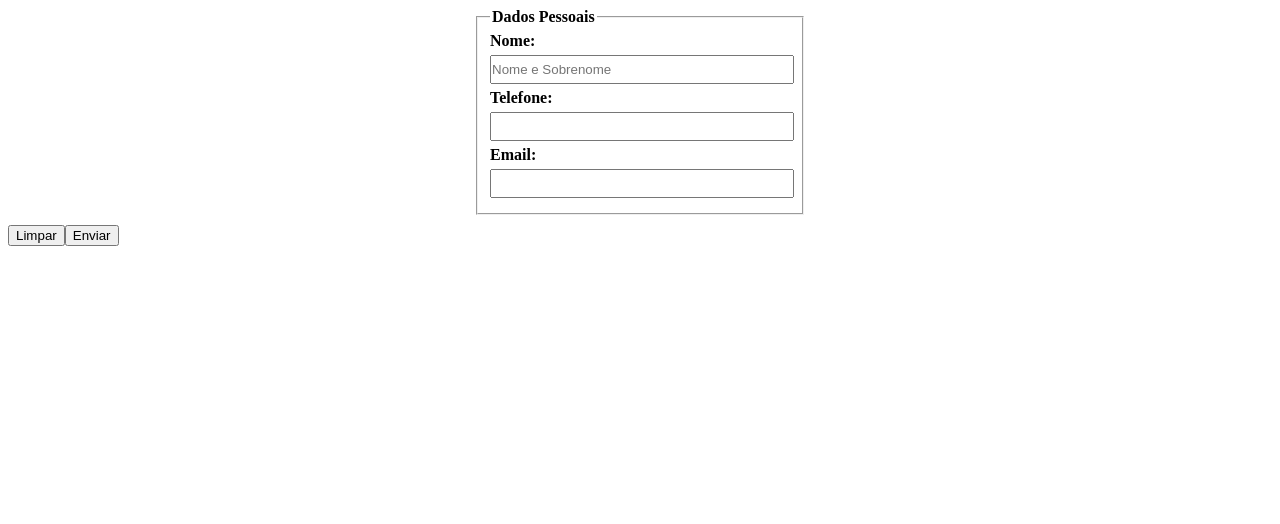
Repository: vitorrausis/Projeto_Final_TrilhaWeb
Page: ProjetoWebJava-main/exemploServlet/src/main/webapp/contato.html
An editor plug-in stored every save of this project. The page is shown before and after the next save, followed by the edit.
The browser window is 1280 px wide. The pictures show the whole page.

Above is the page before, as saved 2024-03-21 22:57:06.

After the next save:
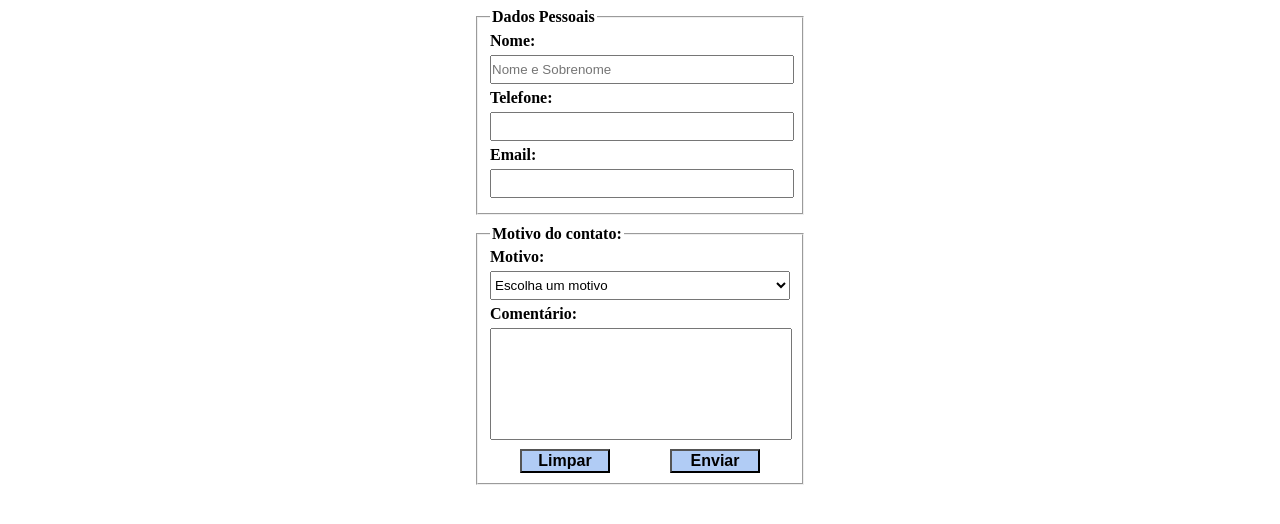
Saved 31 min 20 s later.
--- a/ProjetoWebJava-main/exemploServlet/src/main/webapp/contato.html
+++ b/ProjetoWebJava-main/exemploServlet/src/main/webapp/contato.html
@@ -6,7 +6,7 @@
 <link rel = "stylesheet" href="style.css" >
 </head>
 <body>
-	<form name="frmfaleconosco" method="post" action="#" onsubmit="return validaFaleConosco()">
+        <form name="frmfaleconosco" method="post" action="#" onsubmit="return validaFaleConosco()">
             <fieldset class="faleConosco">
                 <legend>Dados Pessoais</legend>
                 <label for="nome">Nome: </label>
@@ -16,8 +16,22 @@
                 <label for="email">Email: </label>
                 <input type="email" name="txtemail" id="email">
             </fieldset>
-            <button type="reset" onclick="verificaMotivo(null)">Limpar</button><button type="submit">Enviar</button>
-      </form>
 
+            <fieldset class="faleConosco">
+                <legend class="tituloFormMotivo">Motivo do contato:</legend>
+                <label for="Motivo">Motivo: </label>
+                <select name="selmotivo" id="Motivo" onchange="verificaMotivo(this.value)">
+                    <option value="">Escolha um motivo</option>
+                    <option value="RE">Reclamação</option>
+                    <option value="SU">Sugestão</option>
+                    <option value="PR">Informção sobre produto</option>
+                </select>
+                <div id="opcaoProduto"></div>
+                <label for="comentario">Comentário: </label>
+                <textarea name="txacomentario" id="comentario"></textarea>
+                <button type="reset" onclick="verificaMotivo(null)">Limpar</button><button type="submit">Enviar</button>
+            </fieldset>
+
+        </form>
 </body>
 </html>
